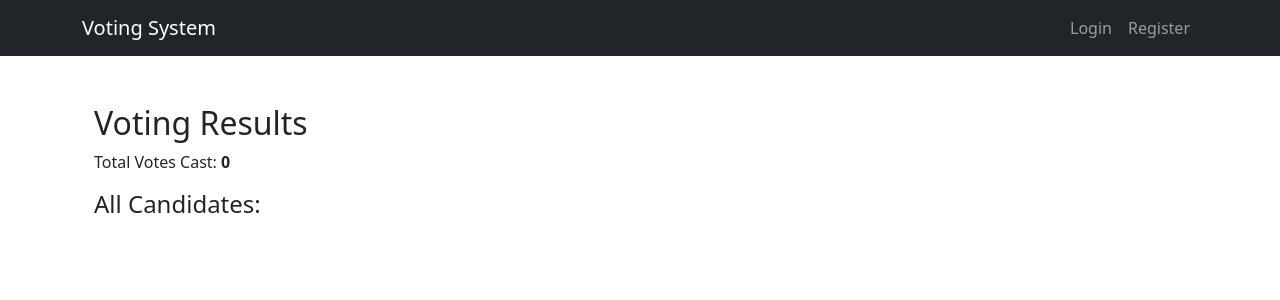
Repository: iammillie-creator/facial-voting-app
Page: http://localhost/results
These files come from the project's save history. The page is drawn as it stood at one moment and after the next save; the edit follows.
The browser window is 1280 px wide. The pictures show the whole page.
The page is served by the project's application, run on Flask 3 (app.py). Queries for data that is not in the repository find no rows.

Above is the page before, as saved 2025-04-25 01:34:35.

### templates/results.html
{% extends "base.html" %}
{% block content %}
<div class="container mt-5">
    <h2>Voting Results</h2>
    <p>Total Votes Cast: <strong>{{ total_votes }}</strong></p>

    {% if leader %}
        <div class="alert alert-success">
            <h4>Leading Candidate: {{ leader.name }} ({{ leader.party }})</h4>
            <p>Votes: {{ leader.votes }}</p>
        </div>
    {% endif %}

    <h4>All Candidates:</h4>
    <ul class="list-group mt-3">
        {% for candidate in candidates %}
        <li class="list-group-item d-flex justify-content-between align-items-center">
            {{ candidate.name }} ({{ candidate.party }})
            <span class="badge bg-primary rounded-pill">{{ candidate.votes }}</span>
        </li>
        {% endfor %}
    </ul>
</div>
{% endblock %}

### templates/base.html
<!DOCTYPE html>
<html lang="en">
<head>
    <meta charset="UTF-8">
    <meta name="viewport" content="width=device-width, initial-scale=1.0">
    <title>Voting System</title>
    <link href="https://cdn.jsdelivr.net/npm/bootstrap@5.1.3/dist/css/bootstrap.min.css" rel="stylesheet">
</head>
<body>
    <nav class="navbar navbar-expand-lg navbar-dark bg-dark">
        <div class="container">
            <a class="navbar-brand" href="/">Voting System</a>
            <div class="navbar-nav">
                {% if 'user_id' in session %}
                    <span class="nav-item nav-link">Welcome, {{ session.name }}</span>
                    <a class="nav-item nav-link" href="/logout">Logout</a>
                {% else %}
                    <a class="nav-item nav-link" href="/login">Login</a>
                    <a class="nav-item nav-link" href="/register">Register</a>
                {% endif %}
            </div>
        </div>
    </nav>

    <div class="container mt-4">
        {% with messages = get_flashed_messages(with_categories=true) %}
            {% if messages %}
                {% for category, message in messages %}
                    <div class="alert alert-{{ category }} alert-dismissible fade show">
                        {{ message }}
                        <button type="button" class="btn-close" data-bs-dismiss="alert"></button>
                    </div>
                {% endfor %}
            {% endif %}
        {% endwith %}

        {% block content %}{% endblock %}
    </div>

    <script src="https://cdn.jsdelivr.net/npm/bootstrap@5.1.3/dist/js/bootstrap.bundle.min.js"></script>
    {% block scripts %}{% endblock %}
</body>
</html>

### app.py
import os
import random
import string
import smtplib
import numpy as np
from datetime import datetime
from email.mime.text import MIMEText
from flask import Flask, render_template, request, redirect, url_for, session, flash, jsonify
from flask_pymongo import PyMongo
from werkzeug.security import generate_password_hash, check_password_hash
import cv2
import face_recognition
import base64
from io import BytesIO
from PIL import Image
from bson.objectid import ObjectId
from email_validator import validate_email, EmailNotValidError
from dotenv import load_dotenv

# Load environment variables
load_dotenv()

app = Flask(__name__)
app.secret_key = os.getenv("SECRET_KEY", "default_secret")

# MongoDB connection
app.config["MONGO_URI"] = os.getenv("MONGO_URI", "mongodb://localhost:27017/voting_system")
mongo = PyMongo(app)

# Email config
EMAIL_SENDER = os.getenv("milliebwari@gmail.com")
EMAIL_PASSWORD = os.getenv("aytl kmyh ksxv fliw")
SMTP_SERVER = "smtp.gmail.com"
SMTP_PORT = 587

# Upload folder
UPLOAD_FOLDER = 'static/face_images'
os.makedirs(UPLOAD_FOLDER, exist_ok=True)
app.config['UPLOAD_FOLDER'] = UPLOAD_FOLDER

# Helper: OTP
def generate_otp():
    return ''.join(random.choices(string.digits, k=6))

def send_otp_email(receiver_email, otp):
    try:
        msg = MIMEText(f'Your OTP is: {otp}')
        msg['Subject'] = 'Voting System Verification'
        msg['From'] = EMAIL_SENDER
        msg['To'] = receiver_email

        with smtplib.SMTP(SMTP_SERVER, SMTP_PORT) as server:
            server.starttls()
            server.login("milliebwari@gmail.com", "aytl kmyh ksxv fliw" )
            server.send_message(msg)
        print(f"[INFO] OTP email successfully sent to {receiver_email}")
        return True
    except Exception as e:
        print("Email send failed:", e)
        return False

def decode_base64_image(data_url):
    header, encoded = data_url.split(",", 1)
    binary_data = base64.b64decode(encoded)
    img = Image.open(BytesIO(binary_data)).convert('RGB')
    return np.array(img)

def verify_face(uploaded_image, stored_encoding, tolerance=0.6):
    try:
        img_bytes = uploaded_image.read()
        nparr = np.frombuffer(img_bytes, np.uint8)
        img = cv2.imdecode(nparr, cv2.IMREAD_COLOR)

        if img is None:
            print("[ERROR] Could not decode uploaded image.")
            return False, "Invalid image"

        img_rgb = cv2.cvtColor(img, cv2.COLOR_BGR2RGB)
        face_locations = face_recognition.face_locations(img_rgb)
        print(f"[DEBUG] Detected {len(face_locations)} face(s) in login image.")

        if len(face_locations) != 1:
            return False, "Ensure only one face is clearly visible"

        face_encodings = face_recognition.face_encodings(img_rgb, face_locations)
        if not face_encodings:
            print("[ERROR] No face encodings found.")
            return False, "Face encoding failed"

        # Compare with stored encoding
        stored_encoding = np.array(stored_encoding)  # ensure it's a numpy array
        match = face_recognition.compare_faces([stored_encoding], face_encodings[0], tolerance)
        print(f"[DEBUG] Face match result: {match}")

        if match[0]:
            return True, None
        else:
            return False, "Face does not match"

    except Exception as e:
        print(f"[EXCEPTION] Face verification error: {e}")
        return False, "Verification process failed"

def verify_face_from_array(img_array, stored_encoding, tolerance=0.6):
    try:
        face_locations = face_recognition.face_locations(img_array)
        print(f"[DEBUG] Detected {len(face_locations)} face(s) in login image.")

        if len(face_locations) != 1:
            return False, "Ensure only one face is clearly visible"

        face_encodings = face_recognition.face_encodings(img_array, face_locations)
        if not face_encodings:
            return False, "No encodings found"

        stored_encoding = np.array(stored_encoding)
        match = face_recognition.compare_faces([stored_encoding], face_encodings[0], tolerance)
        print(f"[DEBUG] Match result: {match}")
        return (match[0], None if match[0] else "Face does not match")

    except Exception as e:
        print(f"[EXCEPTION] Face verification error: {e}")
        return False, "Verification failed"


@app.route('/')
def home():
    if 'user_id' in session:
        return redirect(url_for('dashboard'))
    return render_template('home.html')

@app.route('/register', methods=['GET', 'POST'])
def register():
    if request.method == 'POST':
        try:
            print("[INFO] Received POST request for registration.")

            name = request.form.get('name')
            email = request.form.get('email')
            user_id = request.form.get('user_id')
            password = request.form.get('password')
            face_image = request.files.get('face_image')

            print(f"[DEBUG] name: {name}, email: {email}, user_id: {user_id}, password: {'***' if password else None}")
            print(f"[DEBUG] face_image: {face_image.filename if face_image else 'None'}")

            if not all([name, email, user_id, password, face_image]):
                print("[ERROR] Missing required fields.")
                return jsonify({'error': 'All fields are required'}), 400

            try:
                email = validate_email(email).email
                print(f"[INFO] Validated email: {email}")
            except EmailNotValidError as e:
                print(f"[ERROR] Email validation failed: {e}")
                return jsonify({'error': str(e)}), 400

            if mongo.db.users.find_one({'$or': [{'email': email}, {'user_id': user_id}]}):
                print("[ERROR] Email or User ID already registered.")
                return jsonify({'error': 'Email or User ID already registered'}), 400

            print("[INFO] Processing face image.")
            nparr = np.frombuffer(face_image.read(), np.uint8)
            img = cv2.imdecode(nparr, cv2.IMREAD_COLOR)

            if img is None:
                print("[ERROR] Image decode failed.")
                return jsonify({'error': 'Invalid image format'}), 400

            img_rgb = cv2.cvtColor(img, cv2.COLOR_BGR2RGB)
            face_locations = face_recognition.face_locations(img_rgb)

            print(f"[INFO] Detected {len(face_locations)} face(s) in the image.")
            if len(face_locations) != 1:
                return jsonify({'error': 'Please provide one clear face image'}), 400

            filepath = os.path.join(app.config['UPLOAD_FOLDER'], f"{user_id}.jpg")
            cv2.imwrite(filepath, img)
            print(f"[INFO] Saved face image at {filepath}")

            encoding = face_recognition.face_encodings(img_rgb, face_locations)[0]
            otp = generate_otp()
            print(f"[INFO] Generated OTP: {otp}")

            user = {
                'name': name,
                'email': email,
                'user_id': user_id,
                'password': generate_password_hash(password),
                'face_path': filepath,
                'face_encoding': encoding.tolist(),
                'email_verified': False,
                'has_voted': False,
                'created_at': datetime.utcnow()
            }

            result = mongo.db.users.insert_one(user)
            print(f"[INFO] User inserted with ID: {result.inserted_id}")

            if not send_otp_email(email, otp):
                print("[ERROR] Failed to send OTP email.")
                return jsonify({'error': 'OTP email send failed'}), 500

            session['verify_user_id'] = user_id
            session['otp'] = otp
            print("[INFO] Registration complete. Redirecting to verify email.")
            return redirect(url_for('verify_email'))

        except Exception as e:
            print(f"[EXCEPTION] Registration failed: {e}")
            return jsonify({'error': 'Something went wrong'}), 500

    return render_template('register.html')

@app.route('/verify-email', methods=['GET', 'POST'])
def verify_email():
    if 'verify_user_id' not in session:
        return redirect(url_for('register'))

    if request.method == 'POST':
        otp = request.form.get('otp')
        if otp == session.get('otp'):
            mongo.db.users.update_one({'user_id': session['verify_user_id']}, {'$set': {'email_verified': True}})
            session.pop('otp')
            session.pop('verify_user_id')
            flash('Email verified successfully!', 'success')
            return redirect(url_for('login'))
        else:
            flash('Incorrect OTP', 'danger')

    return render_template('verify_email.html')

@app.route('/login', methods=['GET', 'POST'])
def login():
    if request.method == 'POST':
        user_id = request.form.get('user_id')
        password = request.form.get('password')
        face_data_url = request.form.get('face_image_data')  # Corrected line

        user = mongo.db.users.find_one({'user_id': user_id})
        if not user or not check_password_hash(user['password'], password):
            flash('Invalid credentials', 'danger')
            return redirect(url_for('login'))

        if not user.get('email_verified'):
            flash('Please verify your email', 'danger')
            return redirect(url_for('login'))

        if not face_data_url:
            flash('Face image is required', 'danger')
            return redirect(url_for('login'))

        # Convert base64 image to numpy array
        try:
            img_np = decode_base64_image(face_data_url)  # Assuming this helper exists
        except Exception as e:
            print(f"[ERROR] Failed to decode face image: {e}")
            flash('Failed to process face image', 'danger')
            return redirect(url_for('login'))

        # Verify face
        result, error = verify_face_from_array(img_np, user['face_encoding'])  # Assuming this helper exists
        if not result:
            flash(f'Face verification failed: {error}', 'danger')
            return redirect(url_for('login'))

        session['user_id'] = user_id
        session['name'] = user['name']
        session['has_voted'] = user.get('has_voted', False)
        flash('Login successful!', 'success')
        return redirect(url_for('dashboard'))

    return render_template('login.html')

@app.route('/dashboard')
def dashboard():
    if 'user_id' not in session:
        return redirect(url_for('login'))

    if session.get('has_voted'):
        return render_template('already_voted.html')

    candidates = list(mongo.db.candidates.find({}))
    return render_template('dashboard.html', candidates=candidates)

@app.route('/vote', methods=['POST'])
def vote():
    if 'user_id' not in session:
        return redirect(url_for('login'))

    if session.get('has_voted'):
        flash('You have already voted', 'danger')
        return redirect(url_for('dashboard'))

    candidate_id = request.form.get('candidate_id')
    if not candidate_id:
        flash('Invalid candidate selection', 'danger')
        return redirect(url_for('dashboard'))

    # Record the vote
    mongo.db.votes.insert_one({
        'user_id': session['user_id'],
        'candidate_id': candidate_id,
        'voted_at': datetime.utcnow()
    })

    # Update user status
    mongo.db.users.update_one(
        {'user_id': session['user_id']},
        {'$set': {'has_voted': True}}
    )
    session['has_voted'] = True

    # ✅ Increment the vote count for the candidate
    from bson import ObjectId
    mongo.db.candidates.update_one(
        {'_id': ObjectId(candidate_id)},
        {'$inc': {'votes': 1}}
    )

    flash('Vote recorded successfully!', 'success')
    return redirect(url_for('dashboard'))

@app.route('/results')
def results():
    candidates = list(mongo.db.candidates.find({}))
    total_votes = sum(candidate.get('votes', 0) for candidate in candidates)

    # Find leading candidate
    leading_candidate = max(candidates, key=lambda c: c.get('votes', 0)) if candidates else None

    return render_template('results.html', candidates=candidates, total_votes=total_votes, leader=leading_candidate)


@app.route('/logout')
def logout():
    session.clear()
    flash('Logged out', 'info')
    return redirect(url_for('home'))

if __name__ == '__main__':
    app.run(debug=True)

After the next save:
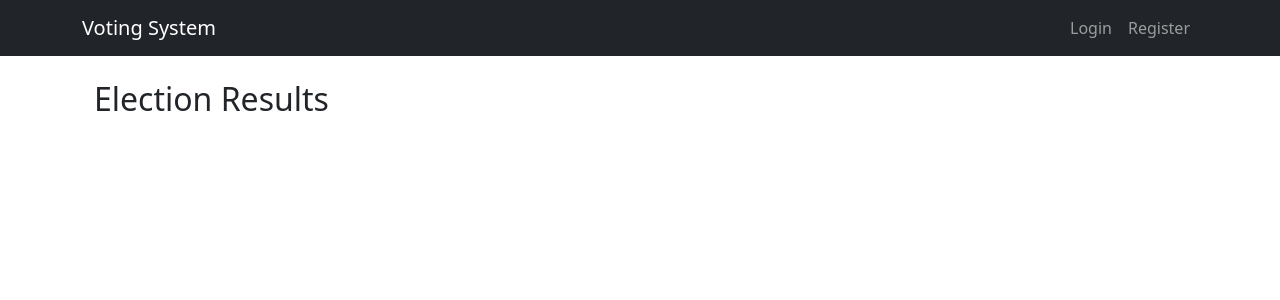
Saved 8 min 57 s later.
--- a/templates/results.html
+++ b/templates/results.html
@@ -1,24 +1,25 @@
 {% extends "base.html" %}
+
 {% block content %}
-<div class="container mt-5">
-    <h2>Voting Results</h2>
-    <p>Total Votes Cast: <strong>{{ total_votes }}</strong></p>
+<div class="container mt-4">
+    <h2 class="mb-4">Election Results</h2>
 
-    {% if leader %}
-        <div class="alert alert-success">
-            <h4>Leading Candidate: {{ leader.name }} ({{ leader.party }})</h4>
-            <p>Votes: {{ leader.votes }}</p>
+    <div class="row row-cols-1 row-cols-md-3 g-4">
+        {% for candidate in candidates %}
+        <div class="col">
+            <div class="card h-100 {% if candidate.is_leading %}border-success{% endif %}">
+                <img src="{{ url_for('static', filename=candidate.image) }}" class="card-img-top" alt="{{ candidate.name }}">
+                <div class="card-body">
+                    <h5 class="card-title">{{ candidate.name }}</h5>
+                    <p class="card-text">{{ candidate.party }}</p>
+                    <p class="card-text fw-bold">Votes: {{ candidate.votes }}</p>
+                    {% if candidate.is_leading %}
+                        <span class="badge bg-success">Leading</span>
+                    {% endif %}
+                </div>
+            </div>
         </div>
-    {% endif %}
-
-    <h4>All Candidates:</h4>
-    <ul class="list-group mt-3">
-        {% for candidate in candidates %}
-        <li class="list-group-item d-flex justify-content-between align-items-center">
-            {{ candidate.name }} ({{ candidate.party }})
-            <span class="badge bg-primary rounded-pill">{{ candidate.votes }}</span>
-        </li>
         {% endfor %}
-    </ul>
+    </div>
 </div>
 {% endblock %}
